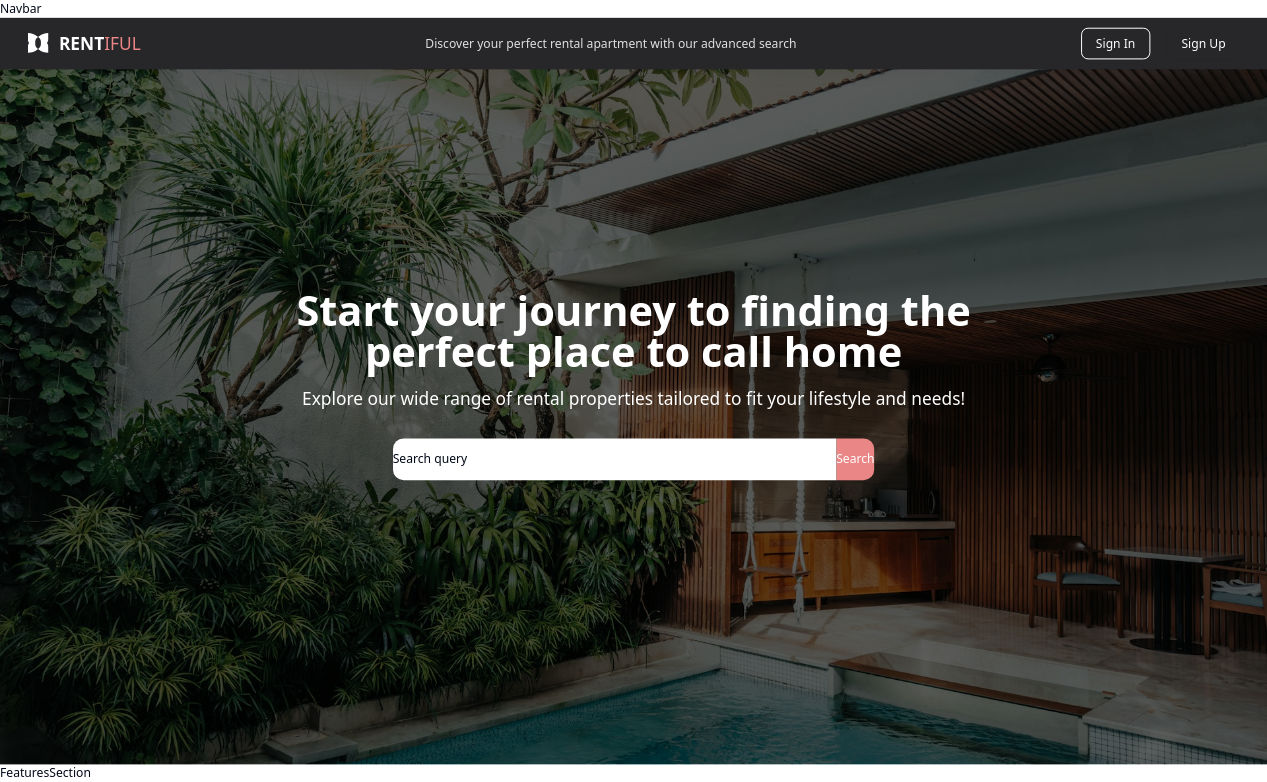
Repository: richiectr360/real-estate-prod
Page: /landing (app in client/)
These files come from the project's save history. The page is drawn as it stood at one moment and after the next save; the edit follows.
The browser window is 1280 px wide. The pictures show the whole page, at 99% of full size.
The page's requests for data from a server got no answer. The project was rebuilt for these pictures with package versions that can differ from the ones it lists, and the page was loaded fresh each time. The framework's server and built-in components were replaced by stand-ins that run in the browser. No one was signed in, and anything a server would have sent is missing. Also part of the build but not shown: client/next.config.ts.

Above is the page before, as saved 2025-05-21 21:45:14.

### client/src/app/layout.tsx
import type { Metadata } from "next";
import { Geist, Geist_Mono } from "next/font/google";
import "./globals.css";
import Providers from "./providers";
import { Toaster } from "@/components/ui/sonner";

const geistSans = Geist({
  variable: "--font-geist-sans",
  subsets: ["latin"],
});

const geistMono = Geist_Mono({
  variable: "--font-geist-mono",
  subsets: ["latin"],
});

export const metadata: Metadata = {
  title: "Create Next App",
  description: "Generated by create next app",
};

export default function RootLayout({
  children,
}: Readonly<{
  children: React.ReactNode;
}>) {
  return (
    <html lang="en">
      <body
        className={`${geistSans.variable} ${geistMono.variable} antialiased`}
      >
        <Providers>{children}</Providers>
      </body>
    </html>
  );
}

### client/src/app/(nondashboard)/layout.tsx
// "use client";

// import Navbar from "@/components/Navbar";
// import { NAVBAR_HEIGHT } from "@/lib/constants";
// import { useGetAuthUserQuery } from "@/state/api";
// import { usePathname, useRouter } from "next/navigation";
// import React, { useEffect, useState } from "react";

// const Layout = ({ children }: { children: React.ReactNode }) => {
//   const { data: authUser, isLoading: authLoading } = useGetAuthUserQuery();
//   const router = useRouter();
//   const pathname = usePathname();
//   const [isLoading, setIsLoading] = useState(true);

//   useEffect(() => {
//     if (authUser) {
//       const userRole = authUser.userRole?.toLowerCase();
//       if (
//         (userRole === "manager" && pathname.startsWith("/search")) ||
//         (userRole === "manager" && pathname === "/")
//       ) {
//         router.push("/managers/properties", { scroll: false });
//       } else {
//         setIsLoading(false);
//       }
//     }
//   }, [authUser, router, pathname]);

//   if (authLoading || isLoading) return <>Loading...</>;

//   return (
//     <div className="h-full w-full">
//       <Navbar />
//       <main
//         className={`h-full flex w-full flex-col`}
//         style={{ paddingTop: `${NAVBAR_HEIGHT}px` }}
//       >
//         {children}
//       </main>
//     </div>
//   );
// };

// export default Layout;

////////////
"use client";

import Navbar from "@/components/Navbar";
import { NAVBAR_HEIGHT } from "@/lib/constants";
import React from 'react';

const Layout = ({ children }: { children: React.ReactNode }) => {
    return (
    <div className="h-full w-full">
        <Navbar />
        <main className={`h-full flex w-full flex-col`}
            style={{ paddingTop: `${NAVBAR_HEIGHT}px`}}
        >
            {children}
        </main>
    </div>
    );
}

export default Layout;

### client/src/app/(nondashboard)/landing/page.tsx
// import React from "react";
// import HeroSection from "./HeroSection";
// import FeaturesSection from "./FeaturesSection";
// import DiscoverSection from "./DiscoverSection";
// import CallToActionSection from "./CallToActionSection";
// import FooterSection from "./FooterSection";

// const Landing = () => {
//   return (
//     <div>
//       <HeroSection />
//       <FeaturesSection />
//       <DiscoverSection />
//       <CallToActionSection />
//       <FooterSection />
//     </div>
//   );
// };

// export default Landing;


import React from "react";
import HeroSection from "./HeroSection";
import FeaturesSection from "./FeaturesSection";

const Landing = () => {
  return (
    <div>
      <HeroSection />
      <FeaturesSection />
    </div>
  );
};

export default Landing;

### client/src/app/providers.tsx
// "use client";

// import StoreProvider from "@/state/redux";
// import { Authenticator } from "@aws-amplify/ui-react";
// import Auth from "./(auth)/authProvider";

// const Providers = ({ children }: { children: React.ReactNode }) => {
//   return (
//     <StoreProvider>
//       <Authenticator.Provider>
//         <Auth>{children}</Auth>
//       </Authenticator.Provider>
//     </StoreProvider>
//   );
// };

// export default Providers;

"use client";

import StoreProvider from "@/state/redux";

const Providers = ({ children }: { children: React.ReactNode }) =>  {
    return (
        <StoreProvider>
            {children}
        </StoreProvider>
    )
}


export default Providers;

### client/src/app/(nondashboard)/landing/HeroSection.tsx
// "use client";

// import Image from "next/image";
// import React, { useState } from "react";
// import { motion } from "framer-motion";
// import { Input } from "@/components/ui/input";
// import { Button } from "@/components/ui/button";
// import { useDispatch } from "react-redux";
// import { useRouter } from "next/navigation";
// import { setFilters } from "@/state";

// const HeroSection = () => {
//   const dispatch = useDispatch();
//   const [searchQuery, setSearchQuery] = useState("");
//   const router = useRouter();

//   const handleLocationSearch = async () => {
//     try {
//       const trimmedQuery = searchQuery.trim();
//       if (!trimmedQuery) return;

//       const response = await fetch(
//         `https://api.mapbox.com/geocoding/v5/mapbox.places/${encodeURIComponent(
//           trimmedQuery
//         )}.json?access_token=${
//           process.env.NEXT_PUBLIC_MAPBOX_ACCESS_TOKEN
//         }&fuzzyMatch=true`
//       );
//       const data = await response.json();
//       if (data.features && data.features.length > 0) {
//         const [lng, lat] = data.features[0].center;
//         dispatch(
//           setFilters({
//             location: trimmedQuery,
//             coordinates: [lat, lng],
//           })
//         );
//         const params = new URLSearchParams({
//           location: trimmedQuery,
//           lat: lat.toString(),
//           lng: lng,
//         });
//         router.push(`/search?${params.toString()}`);
//       }
//     } catch (error) {
//       console.error("error search location:", error);
//     }
//   };

//   return (
//     <div className="relative h-screen">
//       <Image
//         src="/landing-splash.jpg"
//         alt="Rentiful Rental Platform Hero Section"
//         fill
//         className="object-cover object-center"
//         priority
//       />
//       <div className="absolute inset-0 bg-black bg-opacity-60"></div>
//       <motion.div
//         initial={{ opacity: 0, y: 20 }}
//         animate={{ opacity: 1, y: 0 }}
//         transition={{ duration: 0.8 }}
//         className="absolute top-1/3 transform -translate-x-1/2 -translate-y-1/2 text-center w-full"
//       >
//         <div className="max-w-4xl mx-auto px-16 sm:px-12">
//           <h1 className="text-5xl font-bold text-white mb-4">
//             Start your journey to finding the perfect place to call home
//           </h1>
//           <p className="text-xl text-white mb-8">
//             Explore our wide range of rental properties tailored to fit your
//             lifestyle and needs!
//           </p>

//           <div className="flex justify-center">
//             <Input
//               type="text"
//               value={searchQuery}
//               onChange={(e) => setSearchQuery(e.target.value)}
//               placeholder="Search by city, neighborhood or address"
//               className="w-full max-w-lg rounded-none rounded-l-xl border-none bg-white h-12"
//             />
//             <Button
//               onClick={handleLocationSearch}
//               className="bg-secondary-500 text-white rounded-none rounded-r-xl border-none hover:bg-secondary-600 h-12"
//             >
//               Search
//             </Button>
//           </div>
//         </div>
//       </motion.div>
//     </div>
//   );
// };

// export default HeroSection;

import Image from 'next/image'
import React from 'react'
import { motion } from 'framer-motion'

const HeroSection = () => {
  return (
    <div className='relative h-screen'>
        <Image
        src='/landing-splash.jpg'
        alt='Rentiful Rental Platform Hero Section'
        fill
        className='object-cover object-center'
        priority
        />
        <div className='absolute inset-0 bg-black bg-opacity-60'>
            <motion.div
            initial={{ opacity: 0, y: 20 }}
            animate={{ opacity: 1, y: 0 }}
            transition={{ duration: 0.8 }}
            className='absolute top-1/3 transform -translate-x-1/2 -translate-y-1/2 text-center w-full'
            >
                <div className='max-w-4xl mx-auto px-16 sm:px-12'>
                    <h1 className='text-5xl font-bold text-white mb-4'>
                        Start your journey to finding the perfect place to call home
                    </h1>
                    <p className='text-xl text-white mb-8'>
                        Explore our wide range of rental properties tailored to fit your lifestyle and needs!
                    </p>
                    <div className='flex justify-center'>
                        <input
                        type='text'
                        value='Search query'
                        onChange={(e) => console.log(e.target.value)}
                        placeholder='Search by city, neighborhood or address'
                        className='w-full max-w-lg rounded-none rounded-l-xl border-none bg-white h-12'
                        />
                        <button
                            onClick={() => {}}
                            className='bg-secondary-500 text-white rounded-none rounded-r-xl border-none hover:bg-secondary-600 h-12'
                        >
                            Search
                        </button>
                    </div>
                </div>

            </motion.div>
        </div>
    </div>
  )
}

export default HeroSection

### client/src/app/(nondashboard)/landing/FeaturesSection.tsx
// "use client";

// import React from "react";
// import { motion } from "framer-motion";
// import Image from "next/image";
// import Link from "next/link";

// const containerVariants = {
//   hidden: { opacity: 0, y: 50 },
//   visible: {
//     opacity: 1,
//     y: 0,
//     transition: {
//       duration: 0.5,
//       staggerChildren: 0.2,
//     },
//   },
// };

// const itemVariants = {
//   hidden: { opacity: 0, y: 20 },
//   visible: { opacity: 1, y: 0 },
// };

// const FeaturesSection = () => {
//   return (
//     <motion.div
//       initial="hidden"
//       whileInView="visible"
//       viewport={{ once: true }}
//       variants={containerVariants}
//       className="py-24 px-6 sm:px-8 lg:px-12 xl:px-16 bg-white"
//     >
//       <div className="max-w-4xl xl:max-w-6xl mx-auto">
//         <motion.h2
//           variants={itemVariants}
//           className="text-3xl font-bold text-center mb-12 w-full sm:w-2/3 mx-auto"
//         >
//           Quickly find the home you want using our effective search filters!
//         </motion.h2>
//         <div className="grid grid-cols-1 md:grid-cols-3 gap-8 lg:gap-12 xl:gap-16">
//           {[0, 1, 2].map((index) => (
//             <motion.div key={index} variants={itemVariants}>
//               <FeatureCard
//                 imageSrc={`/landing-search${3 - index}.png`}
//                 title={
//                   [
//                     "Trustworthy and Verified Listings",
//                     "Browse Rental Listings with Ease",
//                     "Simplify Your Rental Search with Advanced",
//                   ][index]
//                 }
//                 description={
//                   [
//                     "Discover the best rental options with user reviews and ratings.",
//                     "Get access to user reviews and ratings for a better understanding of rental options.",
//                     "Find trustworthy and verified rental listings to ensure a hassle-free experience.",
//                   ][index]
//                 }
//                 linkText={["Explore", "Search", "Discover"][index]}
//                 linkHref={["/explore", "/search", "/discover"][index]}
//               />
//             </motion.div>
//           ))}
//         </div>
//       </div>
//     </motion.div>
//   );
// };

// const FeatureCard = ({
//   imageSrc,
//   title,
//   description,
//   linkText,
//   linkHref,
// }: {
//   imageSrc: string;
//   title: string;
//   description: string;
//   linkText: string;
//   linkHref: string;
// }) => (
//   <div className="text-center">
//     <div className="p-4 rounded-lg mb-4 flex items-center justify-center h-48">
//       <Image
//         src={imageSrc}
//         width={400}
//         height={400}
//         className="w-full h-full object-contain"
//         alt={title}
//       />
//     </div>
//     <h3 className="text-xl font-semibold mb-2">{title}</h3>
//     <p className="mb-4">{description}</p>
//     <Link
//       href={linkHref}
//       className="inline-block border border-gray-300 rounded px-4 py-2 hover:bg-gray-100"
//       scroll={false}
//     >
//       {linkText}
//     </Link>
//   </div>
// );

// export default FeaturesSection;

import { motion } from 'framer-motion';
import React from 'react'

const containerVariants = {
    hidden: { opacity: 0, y: 50 },
    visible: {
        opacity: 1,
        y: 0,
        transition: {
            duration: 0.5,
            staggerChildren: 0.2,
        },
    }
}

const itemVariants = {
    hidden: { opacity: 0, y: 20 },
    visible: { opacity: 1, y: 0 }
}


const FeaturesSection = () => {
  return (
    <motion.div>FeaturesSection</motion.div>
  )
}

export default FeaturesSection;

### client/src/state/redux.tsx
"use client";

import { useRef } from "react";
import { TypedUseSelectorHook, useDispatch, useSelector } from "react-redux";
import { combineReducers, configureStore } from "@reduxjs/toolkit";
import { Provider } from "react-redux";
import { setupListeners } from "@reduxjs/toolkit/query";
import globalReducer from "@/state";
import { api } from "@/state/api";

/* REDUX STORE */
const rootReducer = combineReducers({
  global: globalReducer,
  [api.reducerPath]: api.reducer,
});

export const makeStore = () => {
  return configureStore({
    reducer: rootReducer,
    middleware: (getDefaultMiddleware) =>
      getDefaultMiddleware().concat(api.middleware),
  });
};

/* REDUX TYPES */
export type AppStore = ReturnType<typeof makeStore>;
export type RootState = ReturnType<AppStore["getState"]>;
export type AppDispatch = AppStore["dispatch"];
export const useAppDispatch = () => useDispatch<AppDispatch>();
export const useAppSelector: TypedUseSelectorHook<RootState> = useSelector;

/* PROVIDER */
export default function StoreProvider({
  children,
}: {
  children: React.ReactNode;
}) {
  const storeRef = useRef<AppStore | null>(null);
  if (!storeRef.current) {
    storeRef.current = makeStore();
    setupListeners(storeRef.current.dispatch);
  }
  return <Provider store={storeRef.current}>{children}</Provider>;
}

### client/src/components/ui/button.tsx
import * as React from "react"
import { Slot } from "@radix-ui/react-slot"
import { cva, type VariantProps } from "class-variance-authority"

import { cn } from "@/lib/utils"

const buttonVariants = cva(
  "inline-flex items-center justify-center gap-2 whitespace-nowrap rounded-md text-sm font-medium transition-colors focus-visible:outline-none focus-visible:ring-1 focus-visible:ring-ring disabled:pointer-events-none disabled:opacity-50 [&_svg]:pointer-events-none [&_svg]:size-4 [&_svg]:shrink-0",
  {
    variants: {
      variant: {
        default:
          "bg-primary text-primary-foreground shadow hover:bg-primary/90",
        destructive:
          "bg-destructive text-destructive-foreground shadow-sm hover:bg-destructive/90",
        outline:
          "border border-input bg-background shadow-sm hover:bg-accent hover:text-accent-foreground",
        secondary:
          "bg-secondary text-secondary-foreground shadow-sm hover:bg-secondary/80",
        ghost: "hover:bg-accent hover:text-accent-foreground",
        link: "text-primary underline-offset-4 hover:underline",
      },
      size: {
        default: "h-9 px-4 py-2",
        sm: "h-8 rounded-md px-3 text-xs",
        lg: "h-10 rounded-md px-8",
        icon: "h-9 w-9",
      },
    },
    defaultVariants: {
      variant: "default",
      size: "default",
    },
  }
)

export interface ButtonProps
  extends React.ButtonHTMLAttributes<HTMLButtonElement>,
    VariantProps<typeof buttonVariants> {
  asChild?: boolean
}

const Button = React.forwardRef<HTMLButtonElement, ButtonProps>(
  ({ className, variant, size, asChild = false, ...props }, ref) => {
    const Comp = asChild ? Slot : "button"
    return (
      <Comp
        className={cn(buttonVariants({ variant, size, className }))}
        ref={ref}
        {...props}
      />
    )
  }
)
Button.displayName = "Button"

export { Button, buttonVariants }

Loaded but not shown: client/src/app/globals.css (common file); client/src/lib/constants.ts (common file); client/src/state/index.ts (common file); client/src/lib/utils.ts (common file); client/tailwind.config.ts (common file); client/src/state/api.ts (376 lines, source omitted); client/src/components/Navbar.tsx (247 lines, source omitted)

After the next save:
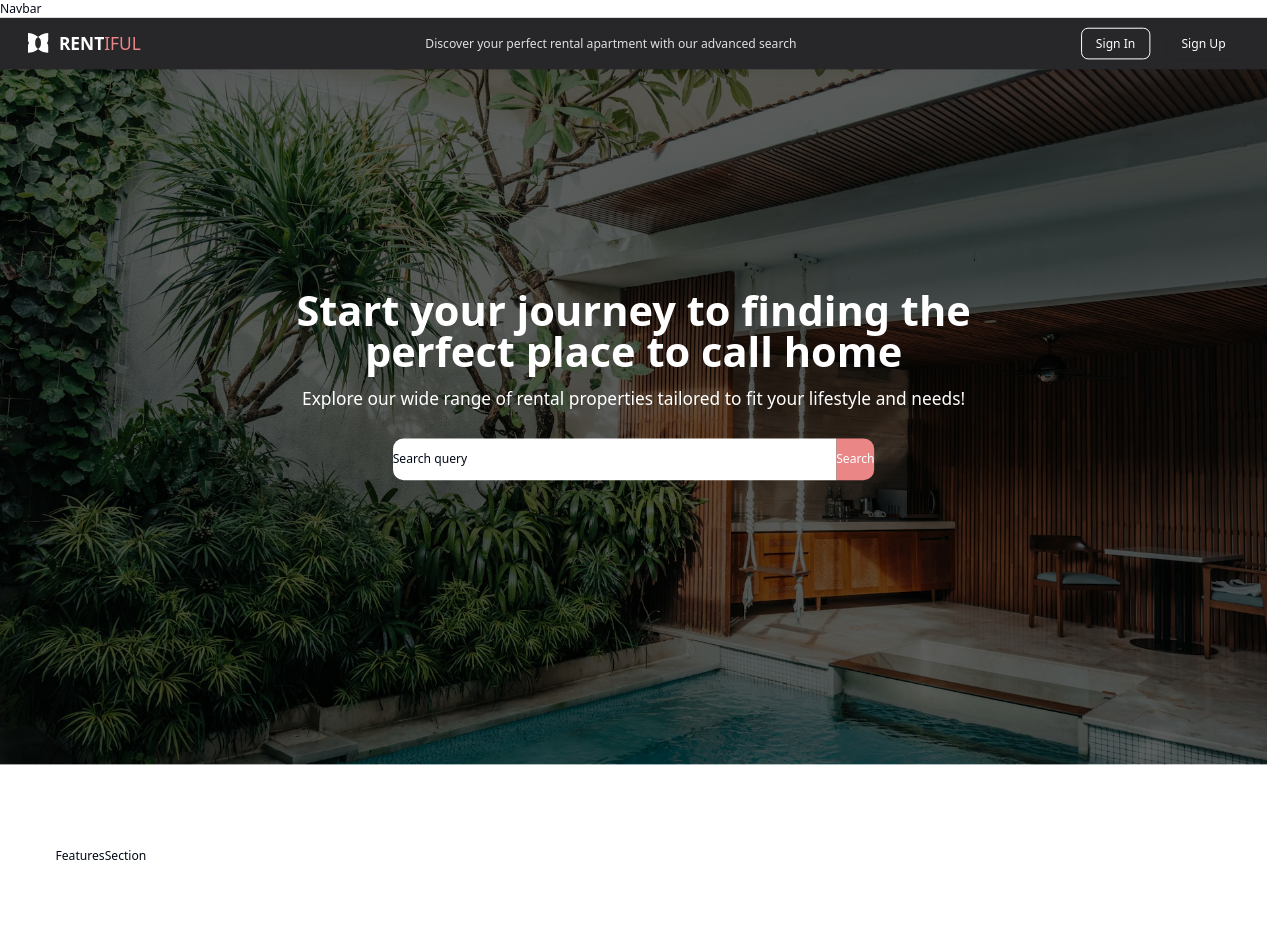
Saved 15 s later.
--- a/client/src/app/(nondashboard)/landing/FeaturesSection.tsx
+++ b/client/src/app/(nondashboard)/landing/FeaturesSection.tsx
@@ -128,7 +128,13 @@ const itemVariants = {
 
 const FeaturesSection = () => {
   return (
-    <motion.div>FeaturesSection</motion.div>
+    <motion.div
+        initial="hidden"
+        whileInView="visible"
+        viewport={{ once: true }}
+        variants={containerVariants}
+        className="py-24 px-6 sm:px-8 lg:px-12 xl:px-16 bg-white"
+    >FeaturesSection</motion.div>
   )
 }
 
